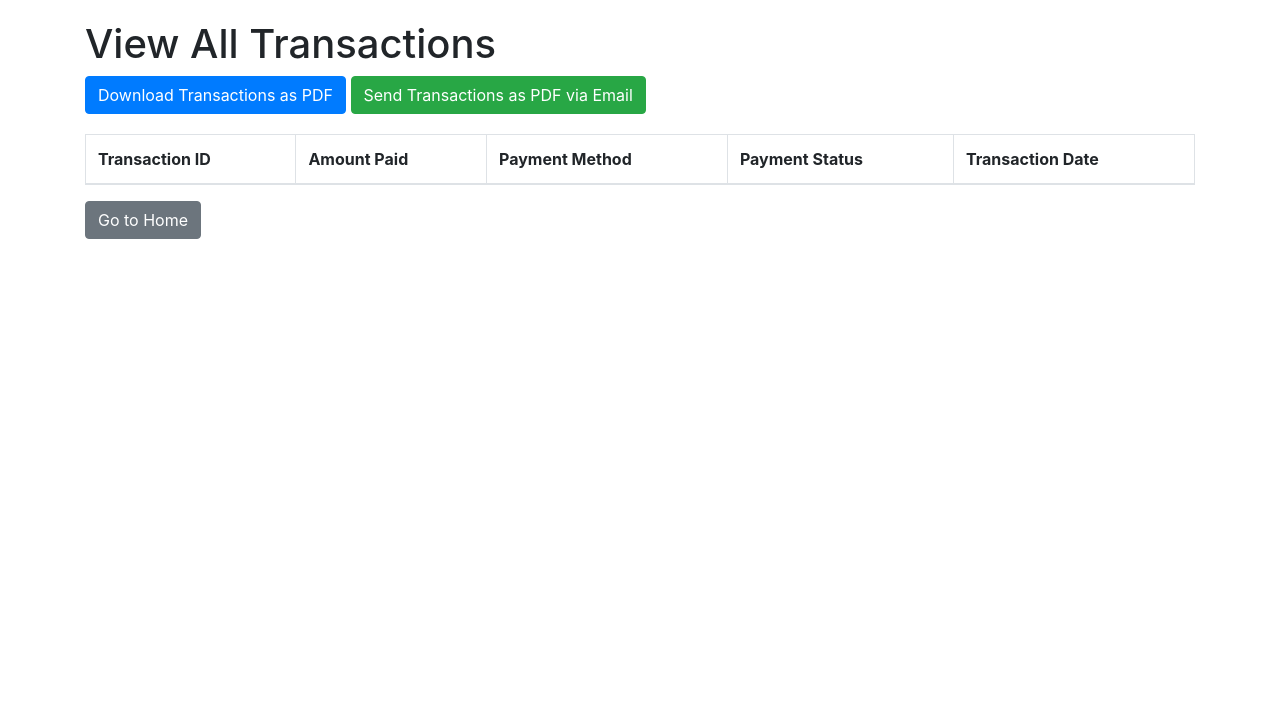
Repository: VamsiPerni/Care-and-Cure-Hospital
Page: http://localhost/viewAllTransactions
The author's editor kept a copy of each file at every save. The page is drawn from the files as they stood at one save, then again after the next save.
The browser window is 1280 px wide. The pictures show the whole page.
The page is this project's Thymeleaf template; nobody is signed in. The template is opened directly, without the code that normally fills it, so the values that code supplies are empty.

Above is the page before, as saved 2025-04-03 12:12:30.

### Care_and_Cure_Hospital_AppUI/src/main/resources/templates/viewAllTransactions.html
<!DOCTYPE html>
<html xmlns:th="http://www.thymeleaf.org">
<head>
    <meta charset="UTF-8">
    <title>View All Transactions</title>
    <link rel="stylesheet" href="https://maxcdn.bootstrapcdn.com/bootstrap/4.5.2/css/bootstrap.min.css">
    <style>
        body {
            padding: 20px;
        }
        .download-btn {
            margin-bottom: 20px;
        }
        .loading-spinner {
            display: none; /* Hidden by default */
            position: fixed;
            top: 50%;
            left: 50%;
            transform: translate(-50%, -50%);
            z-index: 1000;
        }
    </style>
</head>
<body>
    <div class="container">
        <h1>View All Transactions</h1>
        <button class="btn btn-primary download-btn" onclick="downloadTransactionsPDF()">Download Transactions as PDF</button>
        <button class="btn btn-success download-btn" onclick="showAdminEmailsModal()">Send Transactions as PDF via Email</button>
        <table class="table table-bordered">
            <thead>
                <tr>
                    <th>Transaction ID</th>
                    <th>Amount Paid</th>
                    <th>Payment Method</th>
                    <th>Payment Status</th>
                    <th>Transaction Date</th>
                </tr>
            </thead>
            <tbody>
                <tr th:each="transaction : ${transactions}">
                    <td th:text="${transaction.transactionId}"></td>
                    <td th:text="${transaction.amountPaid}"></td>
                    <td th:text="${transaction.paymentMethod}"></td>
                    <td th:text="${transaction.paymentStatus}"></td>
                    <td th:text="${transaction.transactionDate}"></td>
                </tr>
            </tbody>
        </table>

		<!-- Back to Home Button -->
		  <div class="mt-3">
		      <a th:href="@{/homePayment}" class="btn btn-secondary">Go to Home</a>
		  </div>

    </div>

    <!-- Admin Emails Modal -->
    <div class="modal fade" id="adminEmailsModal" tabindex="-1" aria-labelledby="adminEmailsModalLabel" aria-hidden="true">
        <div class="modal-dialog">
            <div class="modal-content">
                <div class="modal-header">
                    <h5 class="modal-title" id="adminEmailsModalLabel">Select Admin Emails</h5>
                    <button type="button" class="close" data-dismiss="modal" aria-label="Close">
                        <span aria-hidden="true">&times;</span>
                    </button>
                </div>
                <div class="modal-body">
                    <div id="adminEmailsList"></div>
                </div>
                <div class="modal-footer">
                    <button type="button" class="btn btn-secondary" data-dismiss="modal">Close</button>
                    <button type="button" class="btn btn-primary" onclick="sendTransactionsPDF()">Send</button>
                </div>
            </div>
        </div>
    </div>

    <!-- Success Modal -->
    <div class="modal fade" id="successModal" tabindex="-1" aria-labelledby="successModalLabel" aria-hidden="true">
        <div class="modal-dialog">
            <div class="modal-content">
                <div class="modal-header">
                    <h5 class="modal-title" id="successModalLabel">Success</h5>
                    <button type="button" class="close" data-dismiss="modal" aria-label="Close">
                        <span aria-hidden="true">&times;</span>
                    </button>
                </div>
                <div class="modal-body">
                    Report sent successfully!
                </div>
                <div class="modal-footer">
                    <button type="button" class="btn btn-secondary" data-dismiss="modal">Close</button>
                </div>
            </div>
        </div>
    </div>

    <!-- Loading Spinner -->
    <div class="loading-spinner" id="loadingSpinner">
        <div class="spinner-border text-primary" role="status">
            <span class="sr-only">Loading...</span>
        </div>
    </div>

    <!-- Include jQuery and Bootstrap JS -->
    <script src="https://code.jquery.com/jquery-3.5.1.min.js"></script>
    <script src="https://maxcdn.bootstrapcdn.com/bootstrap/4.5.2/js/bootstrap.min.js"></script>

    <!-- Custom JavaScript -->
    <script>
        function downloadTransactionsPDF() {
            // Send a GET request to the backend to download the PDF
            window.location.href = "http://localhost:8080/downloadTransactionsPDF";
        }

        function showAdminEmailsModal() {
            console.log("showAdminEmailsModal function called"); // Debugging log
            // Fetch the list of admin emails from the backend
            fetch("http://localhost:8080/api/reports/admin-emails")
                .then(response => {
                    if (!response.ok) {
                        throw new Error("Failed to fetch admin emails");
                    }
                    return response.json();
                })
                .then(emails => {
                    console.log("Fetched admin emails:", emails); // Debugging log
                    const adminEmailsList = document.getElementById("adminEmailsList");
                    adminEmailsList.innerHTML = "";

                    emails.forEach(email => {
                        const checkbox = document.createElement("input");
                        checkbox.type = "checkbox";
                        checkbox.value = email;
                        checkbox.id = email;

                        const label = document.createElement("label");
                        label.htmlFor = email;
                        label.innerText = email;

                        adminEmailsList.appendChild(checkbox);
                        adminEmailsList.appendChild(label);
                        adminEmailsList.appendChild(document.createElement("br"));
                    });

                    // Show the modal
                    $("#adminEmailsModal").modal("show");
                })
                .catch(error => {
                    console.error("Error fetching admin emails:", error); // Debugging log
                    alert("Failed to fetch admin emails. Please check the console for details.");
                });
        }

        function sendTransactionsPDF() {
            console.log("sendTransactionsPDF function called"); // Debugging log
            const selectedEmails = [];
            document.querySelectorAll("#adminEmailsList input[type='checkbox']:checked").forEach(checkbox => {
                selectedEmails.push(checkbox.value);
            });

            if (selectedEmails.length === 0) {
                alert("Please select at least one admin email.");
                return;
            }

            // Show loading spinner
            document.getElementById("loadingSpinner").style.display = "block";

            // Send the report to the selected emails
            fetch("http://localhost:8080/api/reports/send?reportType=alltransactions", {
                method: "POST",
                headers: {
                    "Content-Type": "application/json"
                },
                body: JSON.stringify(selectedEmails)
            })
            .then(response => {
                if (!response.ok) {
                    throw new Error("Failed to send report");
                }
                return response.text();
            })
            .then(message => {
                console.log("Report sent successfully:", message); // Debugging log
                // Hide loading spinner
                document.getElementById("loadingSpinner").style.display = "none";
                // Show success modal
                $("#adminEmailsModal").modal("hide");
                $("#successModal").modal("show");
            })
            .catch(error => {
                console.error("Error sending report:", error); // Debugging log
                // Hide loading spinner
                document.getElementById("loadingSpinner").style.display = "none";
                alert("Failed to send report. Please check the console for details.");
            });
        }
    </script>
</body>
</html>

After the next save:
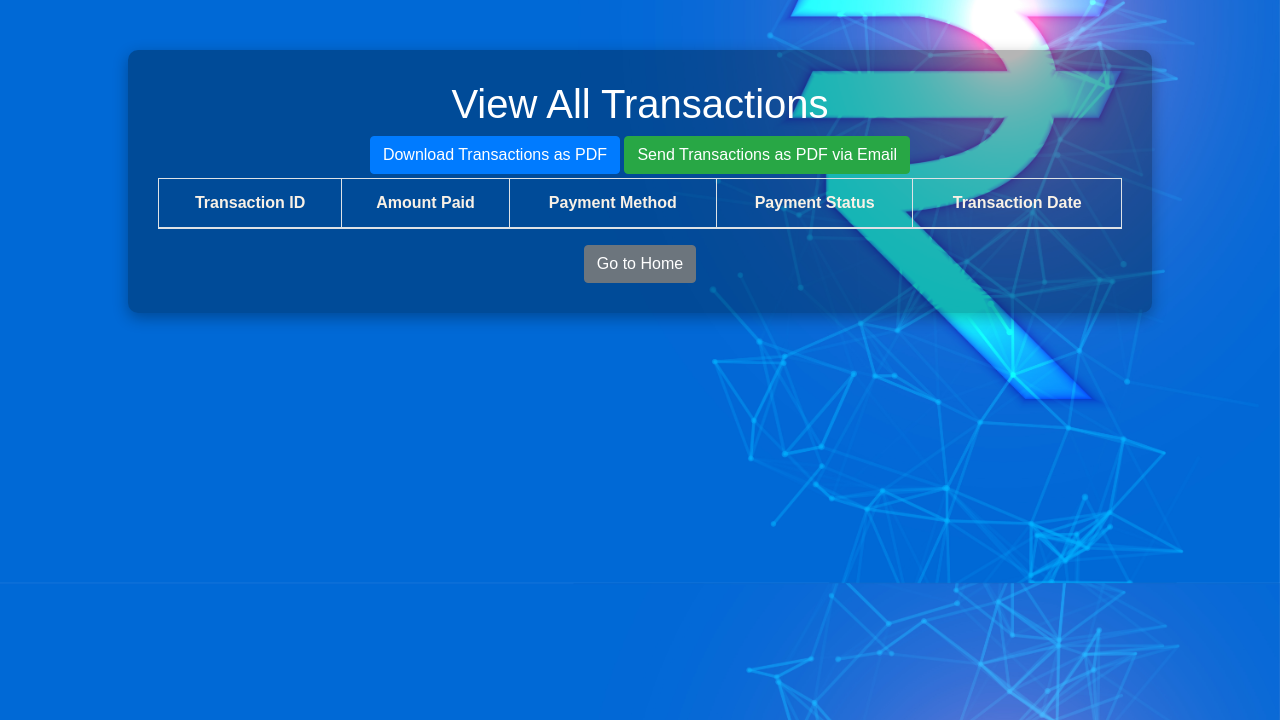
Saved 22 s later.
--- a/Care_and_Cure_Hospital_AppUI/src/main/resources/templates/viewAllTransactions.html
+++ b/Care_and_Cure_Hospital_AppUI/src/main/resources/templates/viewAllTransactions.html
@@ -6,10 +6,28 @@
     <link rel="stylesheet" href="https://maxcdn.bootstrapcdn.com/bootstrap/4.5.2/css/bootstrap.min.css">
     <style>
         body {
-            padding: 20px;
-        }
-        .download-btn {
-            margin-bottom: 20px;
+            background-image: url('/images/img6.jpg');
+            background-size: cover ;
+
+            background-position: center;
+            font-family: 'Arial', sans-serif;
+            color: #fff;
+        }
+        .myContainer{
+            background-color: rgba(0, 0, 0, 0.29);
+    padding: 30px;
+    border-radius: 10px;
+    box-shadow: 0 5px 15px rgba(0, 0, 0, 0.3);
+    width: 80%;
+    text-align: center;
+    margin-top: 50px ;
+        }
+        .myContainer:hover{
+            background-color: rgba(30, 31, 52, 0.6);
+        }
+        .myTable{
+            color:rgb(249, 241, 230) ;
+             margin-top:4px ;
         }
         .loading-spinner {
             display: none; /* Hidden by default */
@@ -22,11 +40,11 @@
     </style>
 </head>
 <body>
-    <div class="container">
+    <div class="container myContainer">
         <h1>View All Transactions</h1>
         <button class="btn btn-primary download-btn" onclick="downloadTransactionsPDF()">Download Transactions as PDF</button>
         <button class="btn btn-success download-btn" onclick="showAdminEmailsModal()">Send Transactions as PDF via Email</button>
-        <table class="table table-bordered">
+        <table class="table table-bordered myTable">
             <thead>
                 <tr>
                     <th>Transaction ID</th>
@@ -110,13 +128,13 @@
     <script>
         function downloadTransactionsPDF() {
             // Send a GET request to the backend to download the PDF
-            window.location.href = "http://localhost:8080/downloadTransactionsPDF";
+            window.location.href = "http://localhost:7212/downloadTransactionsPDF";
         }
 
         function showAdminEmailsModal() {
             console.log("showAdminEmailsModal function called"); // Debugging log
             // Fetch the list of admin emails from the backend
-            fetch("http://localhost:8080/api/reports/admin-emails")
+            fetch("http://localhost:7212/api/reports/admin-emails")
                 .then(response => {
                     if (!response.ok) {
                         throw new Error("Failed to fetch admin emails");
@@ -168,7 +186,7 @@
             document.getElementById("loadingSpinner").style.display = "block";
 
             // Send the report to the selected emails
-            fetch("http://localhost:8080/api/reports/send?reportType=alltransactions", {
+            fetch("http://localhost:7212/api/reports/send?reportType=alltransactions", {
                 method: "POST",
                 headers: {
                     "Content-Type": "application/json"
